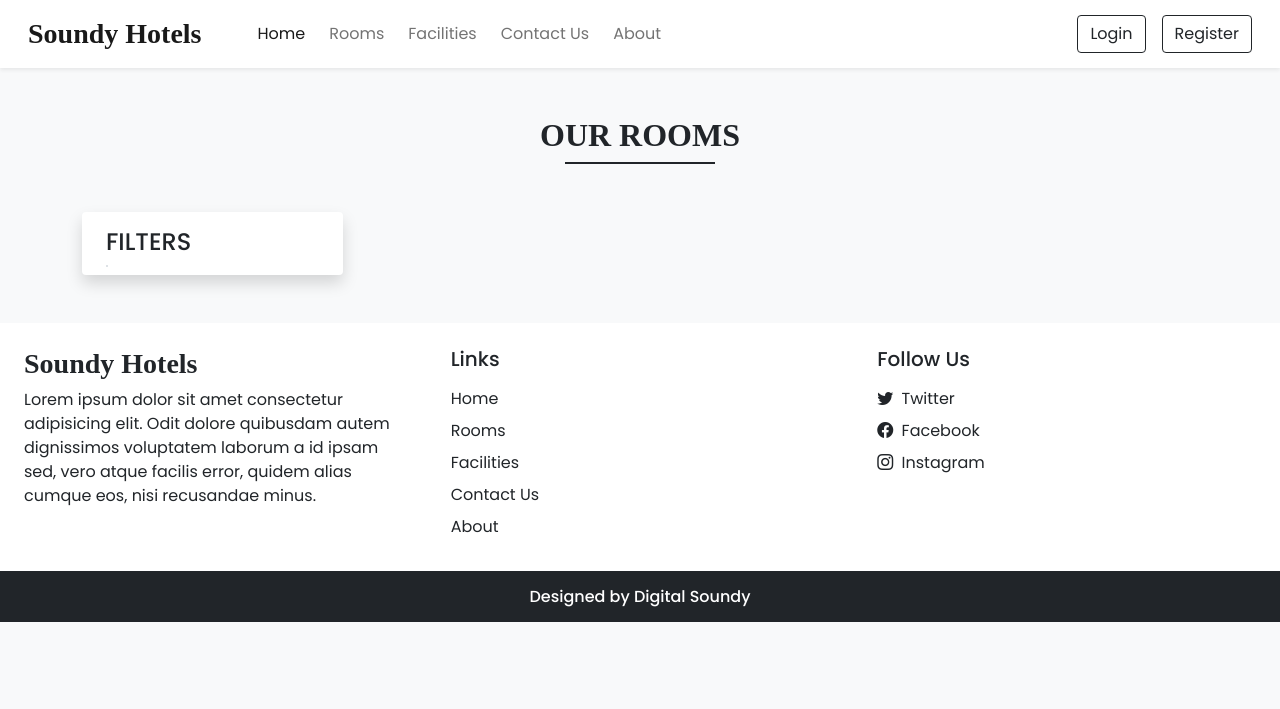
Repository: spencersoundy/Hotel-Booking-App
Page: http://localhost/rooms.php
These files come from the project's save history. The page is drawn as it stood at one moment and after the next save; the edit follows.
The browser window is 1280 px wide. The pictures show the whole page.
Some web fonts or font styles are not loaded; a fallback is used. The page is run by PHP 8.4 with error messages shown; the project is at /var/www/html/.

Above is the page before, as saved 2023-08-05 00:34:24.

### rooms.php
<!DOCTYPE html>
<html lang="en">
<head>
    <meta charset="UTF-8">
    <meta http-equiv="X-UA-Compatible" content="IE=edge">
    <meta name="viewport" content="width=device-width, initial-scale=1.0">
    <title>Soundy Hotels - CONTACT</title>
    <?php require('inc/links.php') ?>
</head>
<body class="bg-light">

<?php require('inc/header.php') ?>

<div class="my-5 px-4">
    <h2 class="fw-bold h-font text-center">OUR ROOMS</h2>
    <div class="h-line bg-dark"></div>
</div>

<div class="container">
    <div class="row">

       <div class="col-lg-3">
        <nav class="navbar navbar-expand-lg navbar-light bg-white rounded shadow">
            <div class="container-fluid flex-lg-column align-items-stretch">
                <h4 class="mt-2">FILTERS</h4>
                <button class="navbar-toggler" type="button" data-bs-toggle="collapse" data-bs-target="#filterDropdown" aria-controls="navbarNav" aria-expanded="false" aria-label="Toggle navigation">
                <span class="navbar-toggler-icon"></span>
                </button>
                <div class="collapse navbar-collapse" id="filterDropdown">
                    <div class="border bg-light ">

                    </div>
                </div>
            </div>
        </nav>
       </div>

    </div>
</div>

<?php require('inc/footer.php')?>

</body>
</html>

### inc/links.php
<link href="https://cdn.jsdelivr.net/npm/bootstrap@5.0.2/dist/css/bootstrap.min.css" rel="stylesheet" integrity="sha384-EVSTQN3/azprG1Anm3QDgpJLIm9Nao0Yz1ztcQTwFspd3yD65VohhpuuCOmLASjC" crossorigin="anonymous">
<link href="https://fonts.googleapis.com/css2?family=Merienda:wght@400;700&family=Poppins:wght@400;500;600&display=swap" rel="stylesheet">
<link rel="stylesheet" href="https://cdn.jsdelivr.net/npm/bootstrap-icons@1.10.5/font/bootstrap-icons.css">
<link rel="stylesheet" href="css/common.css"/>

### inc/header.php
<nav class="navbar navbar-expand-lg navbar-light bg-white px-lg-3 py-lg-2 shadow-sm sticky-top">
    <div class="container-fluid">
        <a class="navbar-brand me-5 fw-bold fs-3 h-font" href="index.php">Soundy Hotels</a>
        <button class="navbar-toggler shadow-none" type="button" data-bs-toggle="collapse" data-bs-target="#navbarSupportedContent" aria-controls="navbarSupportedContent" aria-expanded="false" aria-label="Toggle navigation">
        <span class="navbar-toggler-icon"></span>
        </button>
        <div class="collapse navbar-collapse" id="navbarSupportedContent">
        <ul class="navbar-nav me-auto mb-2 mb-lg-0">
            <li class="nav-item">
            <a class="nav-link active me-2" aria-current="page" href="index.php">Home</a>
            </li>
            <li class="nav-item">
            <a class="nav-link me-2" href="rooms.php">Rooms</a>
            </li>
            <li class="nav-item">
            <a class="nav-link me-2" href="facilities.php">Facilities</a>
            </li><li class="nav-item">
            <a class="nav-link me-2" href="contact.php">Contact Us</a>
            </li><li class="nav-item">
            <a class="nav-link" href="about.php">About</a>
            </li>
        </ul>
        <div class="d-flex">
            <button type="button" class="btn btn-outline-dark shadow-none me-lg-3 me-2" data-bs-toggle="modal" data-bs-target="#loginModal">
                Login
            </button>
            <button type="button" class="btn btn-outline-dark shadow-none" data-bs-toggle="modal" data-bs-target="#registerModal">
                Register
            </button>
        </div>
        </div>
    </div>
    </nav>

    <div class="modal fade" id="loginModal" data-bs-backdrop="static" data-bs-keyboard="false" tabindex="-1" aria-labelledby="staticBackdropLabel" aria-hidden="true">
        <div class="modal-dialog">
            <div class="modal-content">
                <form>
                    <div class="modal-header">
                        <h5 class="modal-title d-flex align-items-center">
                            <i class="bi bi-person-circle fs-3 me-2"></i> User Login
                        </h5>
                        <button type="reset" class="btn-close shadow-none" data-bs-dismiss="modal" aria-label="Close"></button>
                    </div>
                    <div class="modal-body">
                    <div class="mb-3">
                        <label class="form-label">Email address</label>
                        <input type="email" class="form-control shadow-none">
                    </div>
                    <div class="mb-4">
                        <label class="form-label">Password</label>
                        <input type="password" class="form-control shadow-none">
                    </div>
                        <div class="d-flex align-items-center justify-content-between mb-2">
                            <button type="submit" class="btn btn-dark shadow-none">LOGIN</button>
                            <a href="javascript: void(0)" class="text-secondary text-decoration-none">Forgot Password?</a>
                        </div>
                    </div>
                </form>
            </div>
        </div>
    </div>

    <div class="modal fade" id="registerModal" data-bs-backdrop="static" data-bs-keyboard="false" tabindex="-1" aria-labelledby="staticBackdropLabel" aria-hidden="true">
        <div class="modal-dialog modal-lg">
            <div class="modal-content">
                <form>
            <div class="modal-header">
                <h5 class="modal-title d-fle align-items-center">
                    <i class="bi bi-person-lines-fill fs-3 me-2"></i> User Registration
                </h5>
                <button type="reset" class="btn-close shadow-none" data-bs-dismiss="modal" aria-label="Close"></button>
            </div>
            <div class="modal-body">
                <span class="badge rounded-pill bg-light text-dark mb-3 text-wrap lh-base">
                    Note: Your details must match with your ID (ID book/card, passport, drivers license, etc.)
                    that will be required during check-in.
                </span>
                <div class="container-fluid">
                    <div class="row">
                        <div class="col-md-6 ps-0 mb-3">
                            <label class="form-label">Name</label>
                            <input type="text" class="form-control shadow-none">
                        </div>
                        <div class="col-md-6 p-0 mb-3">
                            <label class="form-label">Email</label>
                            <input type="email" class="form-control shadow-none">
                        </div>
                        <div class="col-md-6 ps-0 mb-3">
                            <label class="form-label">Phone Number</label>
                            <input type="number" class="form-control shadow-none">
                        </div>
                        <div class="col-md-6 p-0 mb-3">
                            <label class="form-label">Picture</label>
                            <input type="file" class="form-control shadow-none">
                        </div>
                        <div class="col-md-12 p-0 mb-3">
                            <label class="form-label">Address</label>
                            <textarea class="form-control shadow-none" rows="1"></textarea>
                        </div>
                        <div class="col-md-6 ps-0 mb-3">
                            <label class="form-label">Pincode</label>
                            <input type="number" class="form-control shadow-none">
                        </div>
                        <div class="col-md-6 p-0 mb-3">
                            <label class="form-label">Date of birth</label>
                            <input type="date" class="form-control shadow-none">
                        </div>
                        <div class="col-md-6 ps-0 mb-3">
                            <label class="form-label">Password</label>
                            <input type="password" class="form-control shadow-none">
                        </div>
                        <div class="col-md-6 p-0 mb-3">
                            <label class="form-label">Confirm Password</label>
                            <input type="password" class="form-control shadow-none">
                        </div>
                    </div>
                </div>
                <div class="text-center my-1">
                    <button type="submit" class="btn btn-dark shadow-none">REGISTER</button>
                </div>
            </div>
            </form>
            </div>
  </div>
</div>

### inc/footer.php
<div class="container-fluid bg-white mt-5">

        <div class="row">
            <div class="col-lg-4 p-4">
                <h3 class="h-font fw-bold fs-3 mb-2">Soundy Hotels</h3>
                <p>
                    Lorem ipsum dolor sit amet consectetur adipisicing elit.
                    Odit dolore quibusdam autem dignissimos voluptatem laborum a id ipsam sed,
                    vero atque facilis error, quidem alias cumque eos, nisi recusandae minus.
                </p>
            </div>
            <div class="col-lg-4 p-4">
                <h5 class="mb-3">Links</h5>
                <a href="#" class="d-inline-block mb-2 text-dark text-decoration-none">Home</a><br>
                <a href="#" class="d-inline-block mb-2 text-dark text-decoration-none">Rooms</a><br>
                <a href="#" class="d-inline-block mb-2 text-dark text-decoration-none">Facilities</a><br>
                <a href="#" class="d-inline-block mb-2 text-dark text-decoration-none">Contact Us</a><br>
                <a href="#" class="d-inline-block mb-2 text-dark text-decoration-none">About</a>
            </div>
            <div class="col-lg-4 p-4">
                <h5 class="mb-3">Follow Us</h5>
                <a href="#" class="d-inline-block text-dark text-decoration-none mb-2">
                    <i class="bi bi-twitter me-1"></i> Twitter
                </a><br>
                <a href="#" class="d-inline-block text-dark text-decoration-none mb-2">
                    <i class="bi bi-facebook me-1"></i> Facebook
                </a><br>
                <a href="#" class="d-inline-block text-dark text-decoration-none">
                    <i class="bi bi-instagram me-1"></i> Instagram
                </a><br>
            </div>
        </div>
    </div>
</div>

    <h6 class="text-center bg-dark text-white p-3 m-0">Designed by Digital Soundy</h6>

    <script src="https://cdn.jsdelivr.net/npm/bootstrap@5.0.2/dist/js/bootstrap.bundle.min.js" integrity="sha384-MrcW6ZMFYlzcLA8Nl+NtUVF0sA7MsXsP1UyJoMp4YLEuNSfAP+JcXn/tWtIaxVXM" crossorigin="anonymous"></script>

### css/common.css
:root{
    --teal: #2ec1ac;
    --teal_hover: #279e8c;
}

*{
    font-family: 'Poppins', sans-serif;
}
.h-font{
    font-family: 'Merienda', cursive;
}

input::-webkit-outer-spin-button,
input::-webkit-inner-spin-button {
-webkit-appearance: none;
margin: 0;
}

input[type=number] {
-moz-appearance: textfield;
}

.custom-bg{
    background-color: var(--teal);
    border: 1px solid var(--teal);
}
.custom-bg:hover{
    background-color: var(--teal_hover);
    border-color: var(--teal_hover);
}

.h-line{
    width: 150px;
    margin: 0 auto;
    height: 1.7px;
}

After the next save:
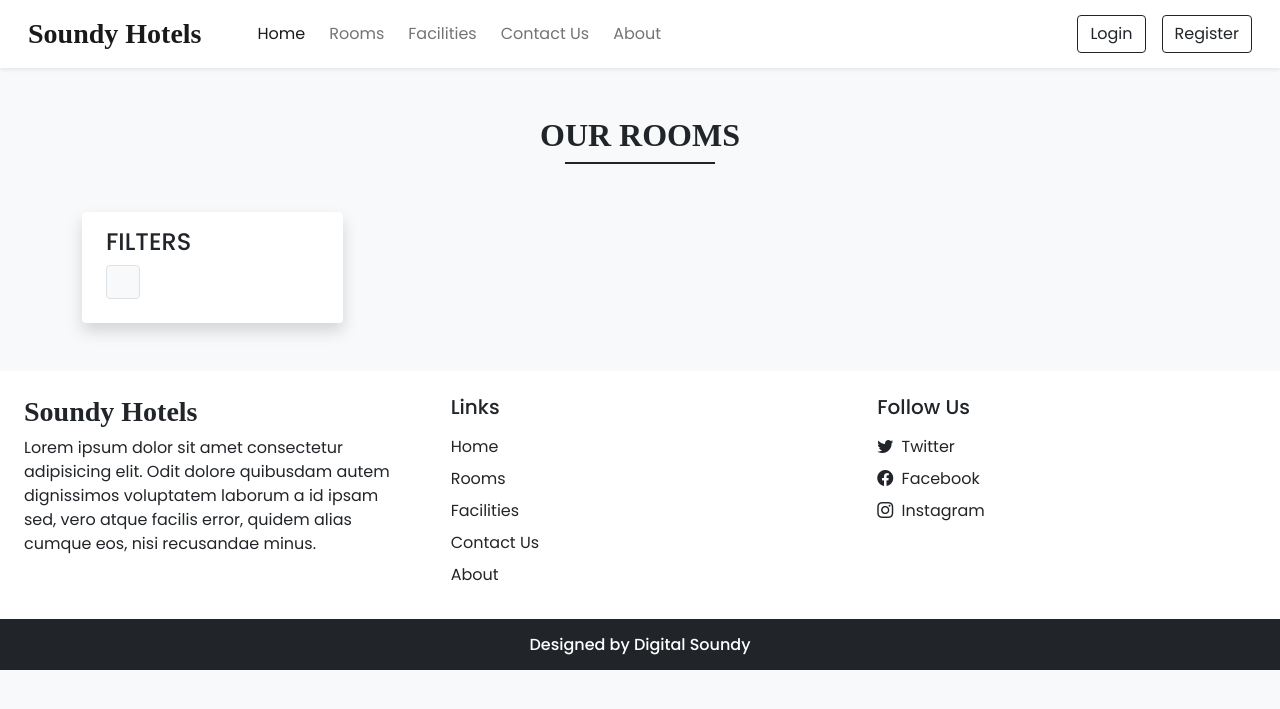
Saved 6 s later.
--- a/rooms.php
+++ b/rooms.php
@@ -27,7 +27,7 @@
                 <span class="navbar-toggler-icon"></span>
                 </button>
                 <div class="collapse navbar-collapse" id="filterDropdown">
-                    <div class="border bg-light ">
+                    <div class="border bg-light p-3 rounded mb-3">
 
                     </div>
                 </div>
